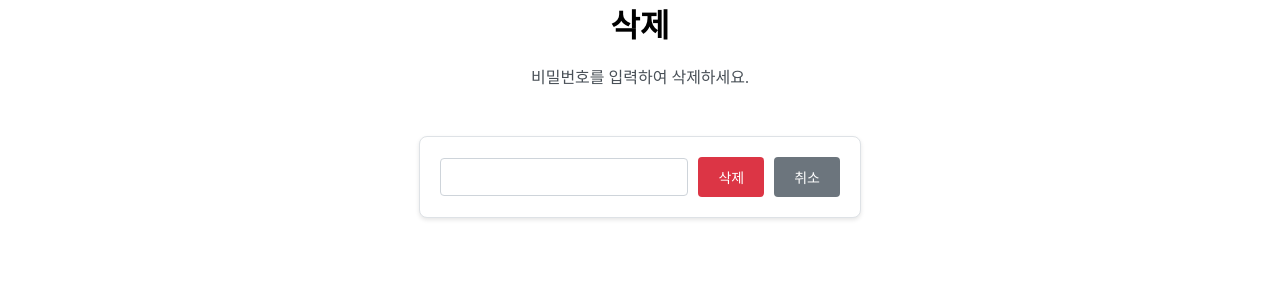
Repository: 1plus1equals3-true/Board-temp
Page: http://localhost/jsp/board/delete.jsp
The author's editor kept a copy of each file at every save. The page is drawn from the files as they stood at one save, then again after the next save.
The browser window is 1280 px wide. The pictures show the whole page.
The page is served by Tomcat 9.

Above is the page before, as saved 2025-09-10 01:52:07.

After the next save:
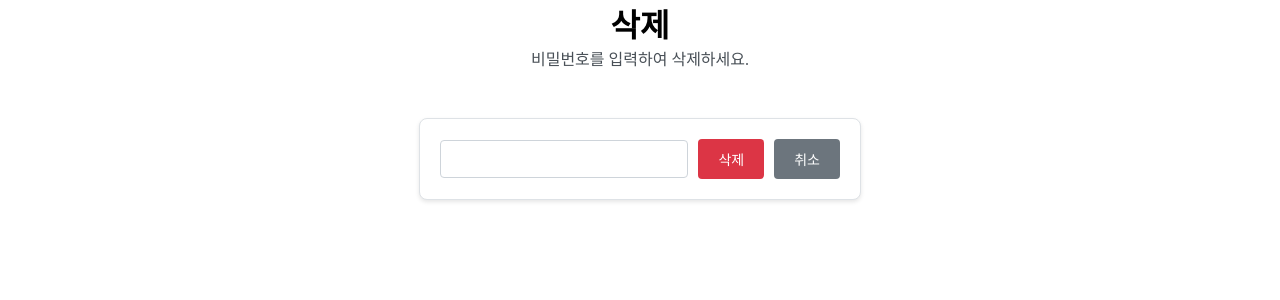
Saved 15 s later.
--- a/jsp/src/main/webapp/board/delete.jsp
+++ b/jsp/src/main/webapp/board/delete.jsp
@@ -79,7 +79,7 @@ String idx = request.getParameter("idx");
 
 
 %>
-<h1>삭제</h1><br>
+<h1>삭제</h1>
 <p class="delete-message">비밀번호를 입력하여 삭제하세요.</p><br>
 <form action="delete_proc.jsp?idx=<%= idx %>" method="post" class="delete-form">
 	<input type="password" name="delpass">
